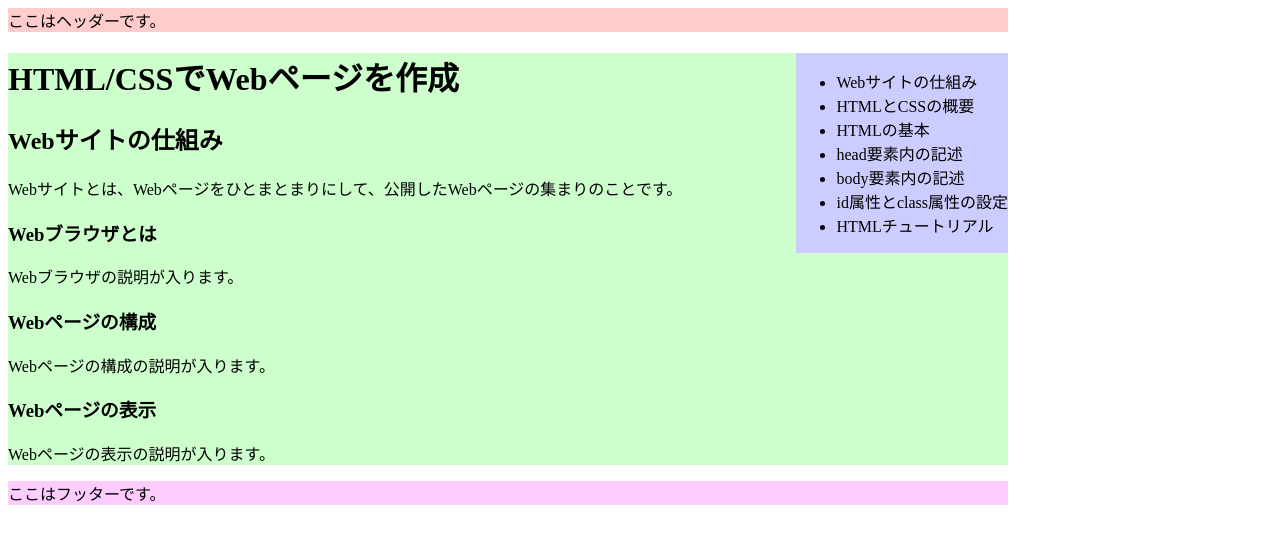
Repository: mikakoakai/kadai-tasklist4
Page: kadai-html.html
The author's editor kept a record of every edit. The page is drawn from the files as they stood at one moment, then again after the next edit.
The browser window is 1280 px wide. The pictures show the whole page.

Above is the page before.

### kadai-html.html
<!DOCTYPE html>
<html lang="ja">
    <head>
        <meta charset="utf-8">
        <title>HTML/CSSでwebページを作成</title>
        <link rel="stylesheet" href="kadai-css.css">
     </head>
     <body>
         <header>
             ここはヘッダーです。
         </header>
         <div id="wrapper">
            <nav id="menu">
                <ul>
                    <li>Webサイトの仕組み</li>
                    <li>HTMLとCSSの概要</li>
                    <li>HTMLの基本</li>
                    <li>head要素内の記述</li>
                    <li>body要素内の記述</li>
                    <li>id属性とclass属性の設定</li>
                    <li>HTMLチュートリアル</li>
                </ul>
            </nav>
            <div id="main">
                <h1>HTML/CSSでWebページを作成</h1>
                <h2>Webサイトの仕組み</h2>
                <P>Webサイトとは、Webページをひとまとまりにして、公開したWebページの集まりのことです。</P>
                <h3>Webブラウザとは</h3>
                <P>Webブラウザの説明が入ります。</P>
                <h3>Webページの構成</h3>
                <p>Webページの構成の説明が入ります。</p>
                <h3>Webページの表示</h3>
                <p>Webページの表示の説明が入ります。</p>
            </div>
        </div>
        <footer>
            ここはフッターです。
        </footer>
    </body>
</html>

### kadai-css.css
body{width:1000px}
header{background-color: #ffcccc;}
#menu{background-color: #ccccff;
    float:right;
}
#main{background-color: #ccffcc;}
footer{background-color: #ffccff}

After the next edit:
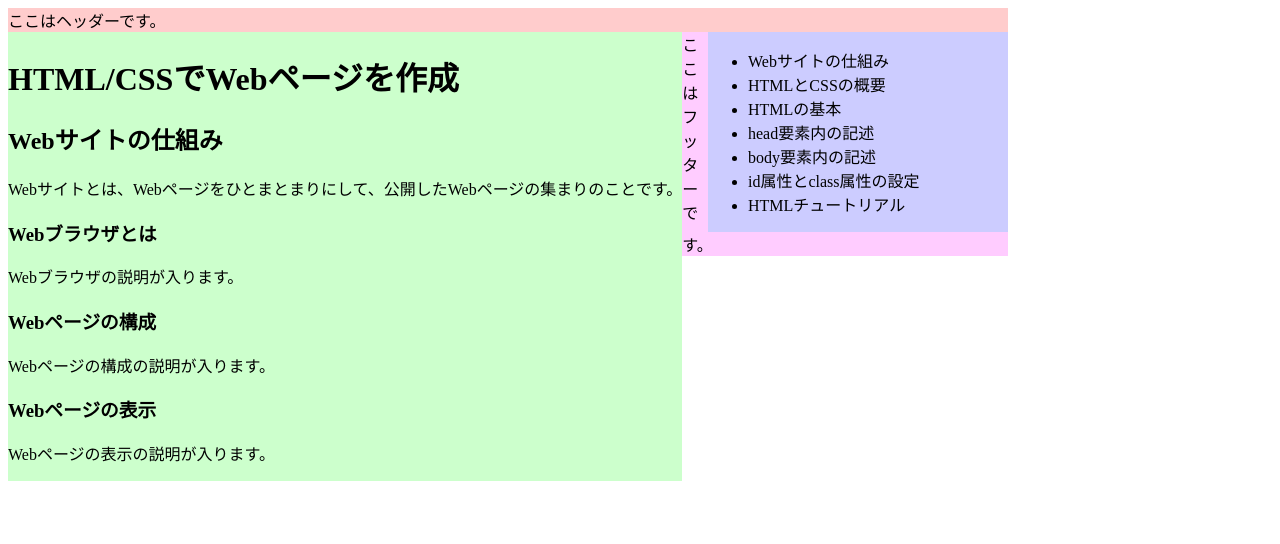
The edit:
--- a/kadai-css.css
+++ b/kadai-css.css
@@ -2,6 +2,10 @@
 header{background-color: #ffcccc;}
 #menu{background-color: #ccccff;
     float:right;
+    width:300px;
 }
-#main{background-color: #ccffcc;}
+
+#main{background-color: #ccffcc;
+    float:left;
+}
 footer{background-color: #ffccff}
